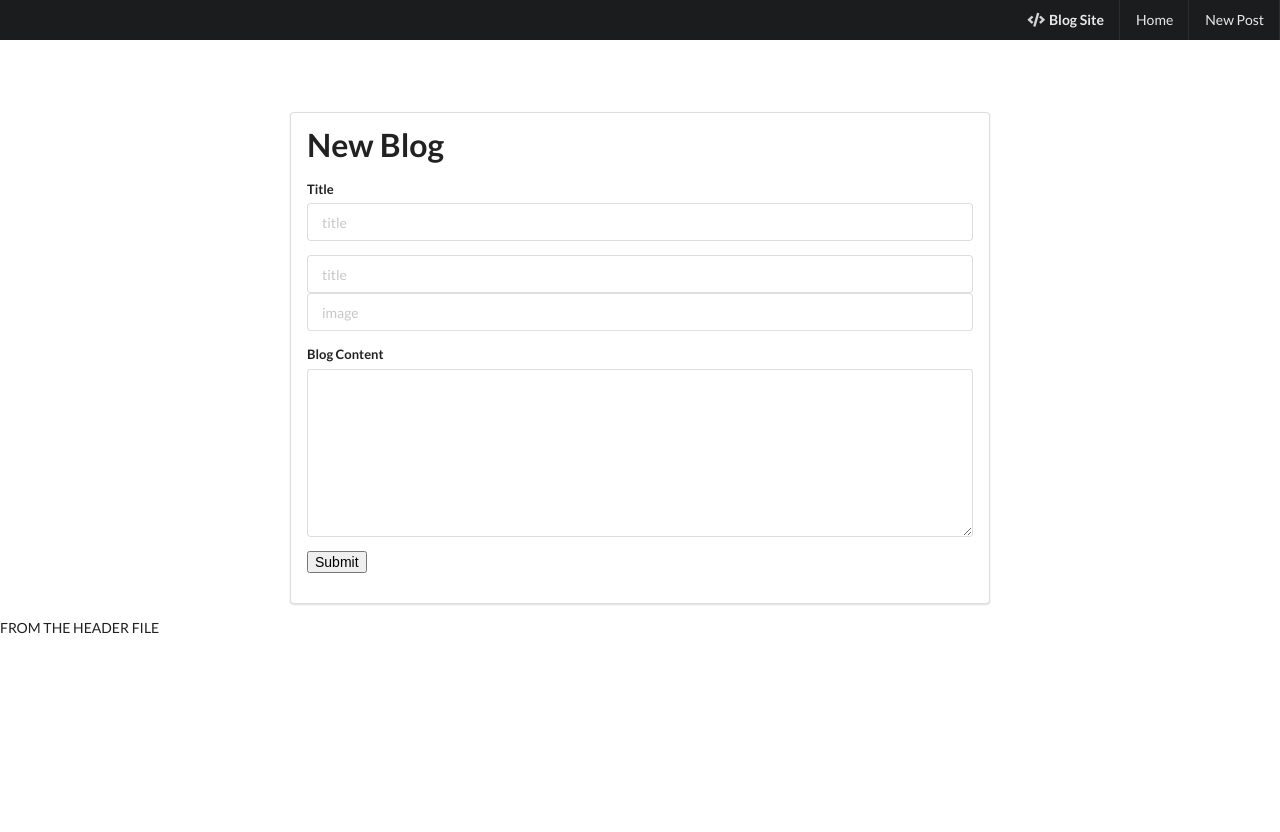
Repository: Patrick-Erath/Aplusmazing
Page: http://localhost/blogs/new
The author's editor kept a record of every edit. The page is drawn from the files as they stood at one moment, then again after the next edit.
The browser window is 1280 px wide. The pictures show the whole page.
Some web libraries are served in a nearby version. The page is served by the project's Node server (RESTful/RESTfulBlogApp/app.js).

Above is the page before.

### workspace/RESTful/RESTfulBlogApp/views/new.ejs
<% include ./partials/header %>
<div class="ui main text container segment">
    <div class="ui huge header">New Blog</div>
    <form class="ui form" action="/blogs" method="POST">
        <div class="field">
            <label>Title</label>
            <input type="text" name="blog[title]" placeholder="title">
        </div>
        <div class="field">
            <input type="text" name="blog[title]" placeholder="title">
            <input type="text" name="blog[image]" placeholder="image">
        </div>
         <div class="field">
            <label>Blog Content</label>
            <textarea name="blog[body]"></textarea>
        </div>
        <input type="submit">
    </form>
</div>

<% include ./partials/footer %>

### workspace/RESTful/RESTfulBlogApp/views/partials/header.ejs
<html>
    <head>
        <link rel="stylesheet" type="text/css" href="https://cdnjs.cloudflare.com/ajax/libs/semantic-ui/2.3.3/semantic.min.css">
                <link rel="stylesheet" type="text/css" href="/stylesheets/app.css">

        <title>Blog App</title>
    </head>
        <p></p>
    <body>
        <div class="ui fixed inverted menu">
            <div class="ui container"></div>
                <div class="header item"><i class="code icon"></i>Blog Site</div>
                <a href="/" class="item">Home</a>
                <a href="/blogs/new" class="item">New Post</a>
            </div>
        </div>

### workspace/RESTful/RESTfulBlogApp/views/partials/footer.ejs
<html>
    <head>
        <title>Blog App</title>
    </head>
        <p>FROM THE HEADER FILE</p>

</html>

### workspace/RESTful/RESTfulBlogApp/app.js
var express = require("express"),
    app     = express(),
    mongoose = require("mongoose"),
    bodyParser = require("body-parser"),
    expressSanitizer = require("express-sanitizer"),
    methodOverride = require("method-override");

// APP CONFIG
mongoose.connect("mongodb://localhost:27017/restful_blog_app", { useNewUrlParser: true });
app.set("view engine", "ejs");
app.use(express.static("public"));
app.use(bodyParser.urlencoded({extended: true}));
app.use(methodOverride("_method"));
app.use(expressSanitizer()); // Has to go after body-parser

// MONGOOSE/MODEL CONFIG
var blogSchema = new mongoose.Schema({
    title: String,
    body: String,
    image: String,
    created:  {type: Date, default: Date.now}
});
var Blog=mongoose.model("Blog", blogSchema);

// RESTFUL ROUTES
app.get("/", function(req, res){
    res.redirect("/blogs");
});

// INDEX ROUTE
app.get("/blogs", function(req, res){
    Blog.find({}, function(err, blogs){
        if(err){
            console.log("ERROR!");
        }
        else{
            res.render("index", {blogs: blogs});
        }
    });
});

// NEW ROUTE
app.get("/blogs/new", function(req, res){
    res.render("new");
});

// CREATE ROUTE
app.post("/blogs", function(req, res){
    // create blog
    console.log(req.body);
    req.body.blog.body = req.sanitize(req.body.blog.body);
    console.log("========");
    console.log(req.body);
    Blog.create(req.body.blog, function(err, newBlog){
        if(err){
            res.render("new");
        }
        else{
            // then, redirect to index
            res.redirect("/blogs");
        }
    });
});

// SHOW ROUTE
app.get("/blogs/:id", function(req, res){
    Blog.findById(req.params.id, function(err, foundBlog){
        if(err){
            res.redirect("/body");
        }
        else{
            res.render("show", {blog: foundBlog});
        }
    })
});

// EDIT ROUTE
app.get("/blogs/:id/edit", function(req, res){
    Blog.findById(req.params.id, function(err, foundBlog){
        if(err){
            res.redirect("/blogs");
        }
        else{
            res.render("edit", {blog: foundBlog});
        }
    });
});

// UPDATE ROUTE
app.put("/blogs/:id", function(req, res){
    Blog.findByIdAndUpdate(req.params.id, req.body.blog, function(err, updatedBlog){
        if(err){
            res.redirect("/blogs");
        }
        else{
            res.redirect("/blogs/"+req.params.id);
        }
    })
});

// DELETE ROUTE
app.delete("/blogs/:id", function(req, res){
    // Destroy blog
    Blog.findByIdAndRemove(req.params.id, function(err){
        if(err){
            res.redirect("/blogs");
        }
        else{
             res.redirect("/blogs");
        }
    })
    // Redirect somewhere

});


app.listen(process.env.PORT, process.env.IP, function(){
    console.log("APP FUCKING WORKS");
});

### workspace/RESTful/RESTfulBlogApp/public/stylesheets/app.css
icon {
    font-size: 2em;
}

.container.main{
  margin-top: 7.0em;
}

img{
    width:330px;
}

#delete {
    display: inline;
}

After the next edit:
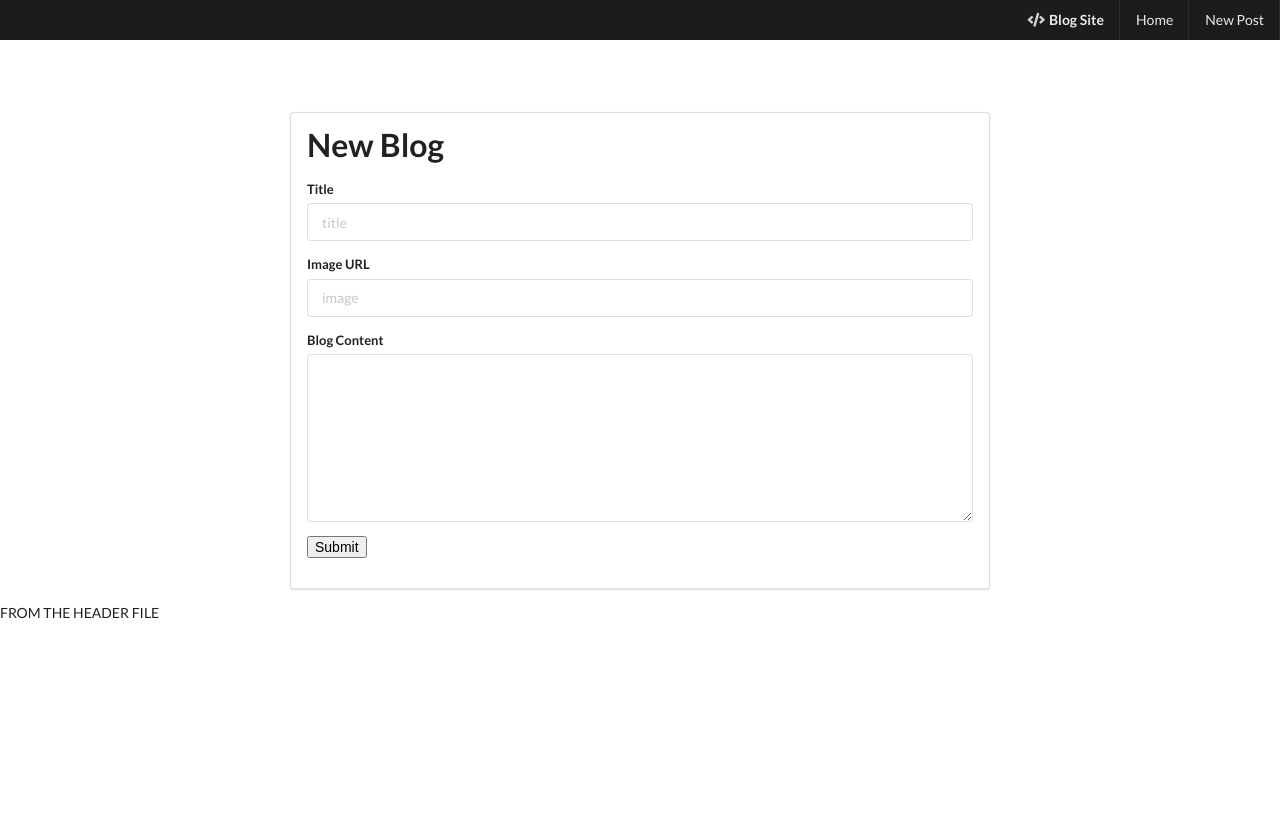
The edit:
--- a/workspace/RESTful/RESTfulBlogApp/views/new.ejs
+++ b/workspace/RESTful/RESTfulBlogApp/views/new.ejs
@@ -7,7 +7,7 @@
             <input type="text" name="blog[title]" placeholder="title">
         </div>
         <div class="field">
-            <input type="text" name="blog[title]" placeholder="title">
+            <label>Image URL</label>
             <input type="text" name="blog[image]" placeholder="image">
         </div>
          <div class="field">
